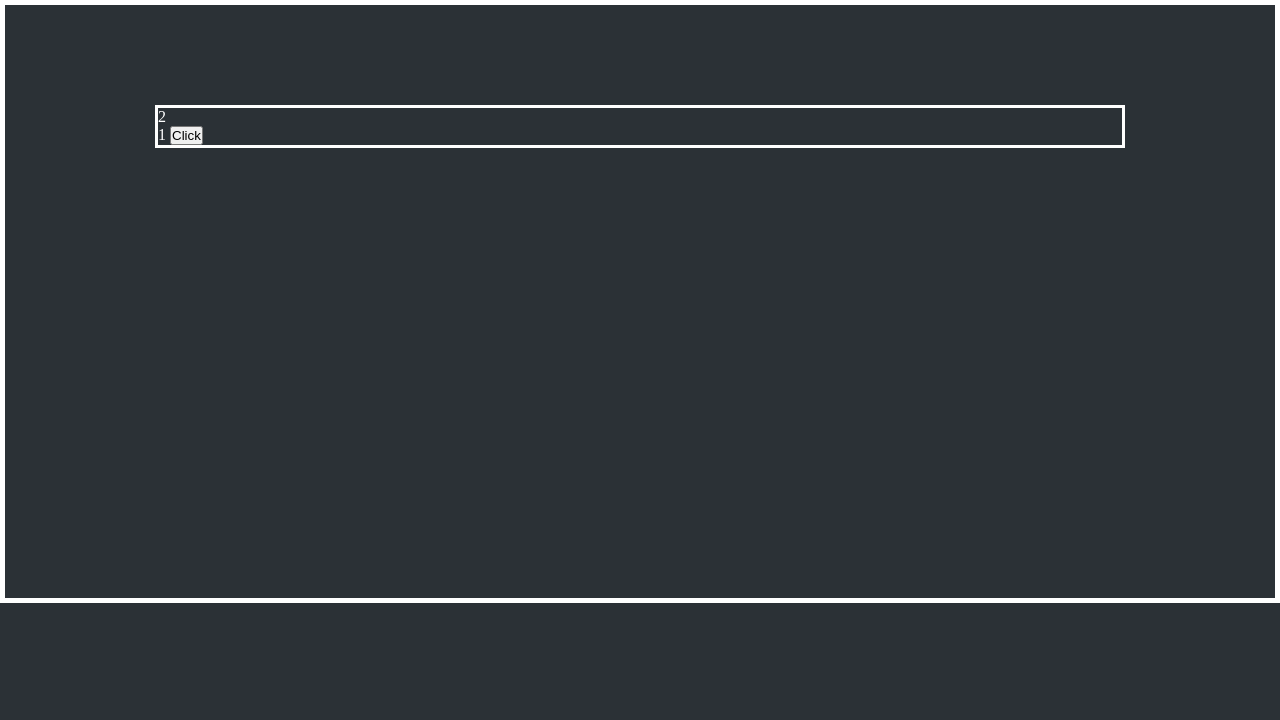
Repository: wakoya-tech/react-project
Page: Desktop/shaakala/hara/index.html
These files come from the project's save history. The page is drawn as it stood at one moment and after the next save; the edit follows.
The browser window is 1280 px wide. The pictures show the whole page.

Above is the page before, as saved 2025-08-29 16:05:19.

### Desktop/shaakala/hara/index.html
<!DOCTYPE html>
<html lang="en">
<head>
    <meta charset="UTF-8">
    <meta name="viewport" content="width=device-width, initial-scale=1.0">
    <title>Document</title>
</head>
<style>
    *{
        box-sizing: border-box;
        margin: 0;
        padding: 0;

    }
    body{
        border: 5px solid white;
        background-color: rgb(43, 49, 54);
    }
    .div2 {
        border: 3px solid white;
        margin: 100px 150px 450px 150px;
        color: white;
    }

</style>
<body>

    <div class="div2">
        2
        <div class="div1">
            1
            <button>Click</button>
        </div>
    </div>
    <script src="../hara/script.js"></script>
</body>
</html>

Loaded but not shown: Desktop/shaakala/hara/script.js (no stored copy; drawn as an empty file)

After the next save:
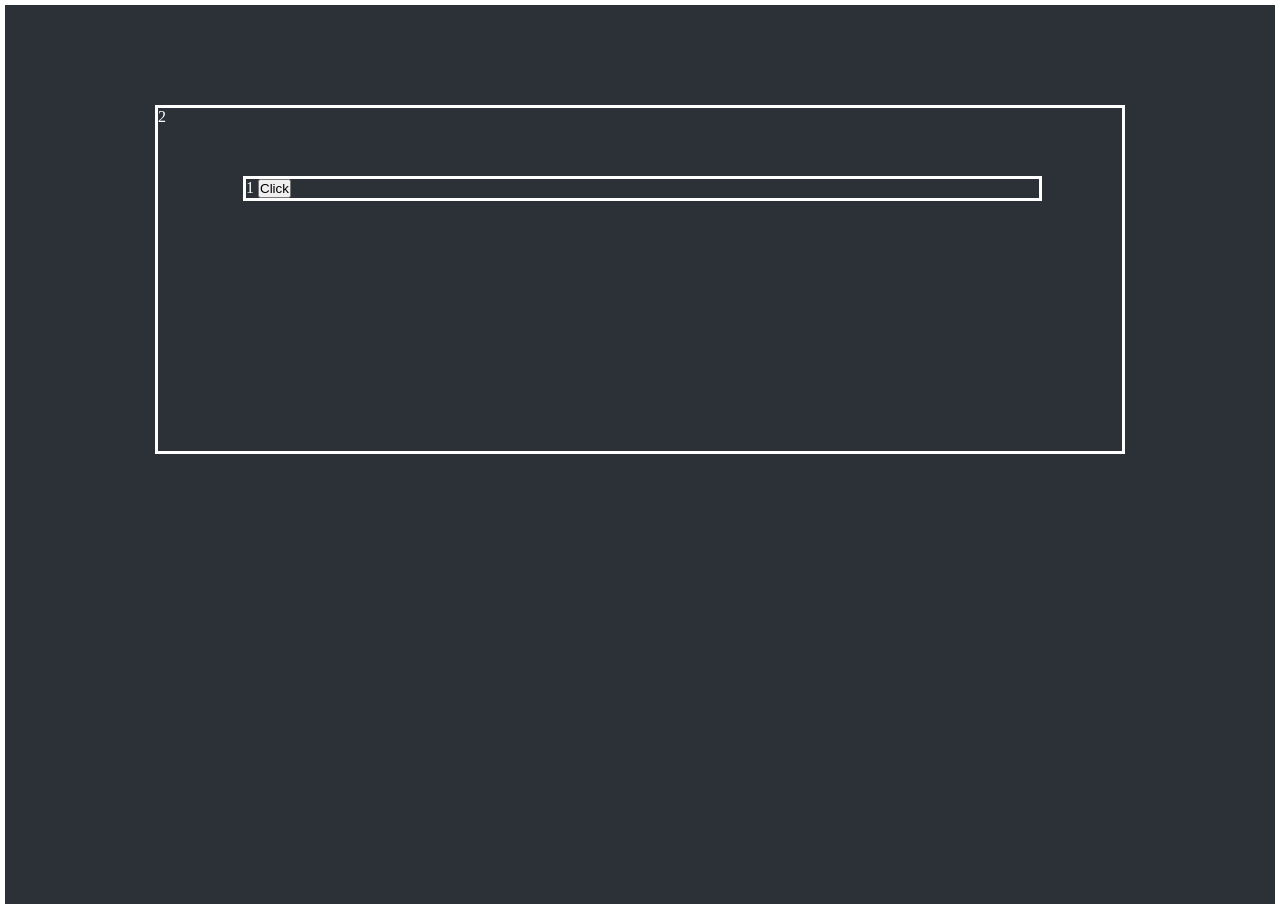
Saved 87 s later.
--- a/Desktop/shaakala/hara/index.html
+++ b/Desktop/shaakala/hara/index.html
@@ -21,6 +21,11 @@
         margin: 100px 150px 450px 150px;
         color: white;
     }
+    .div1{
+        border: 3px solid white;
+        margin: 50px 80px 250px 85px;
+        color: white;
+    }
 
 </style>
 <body>
